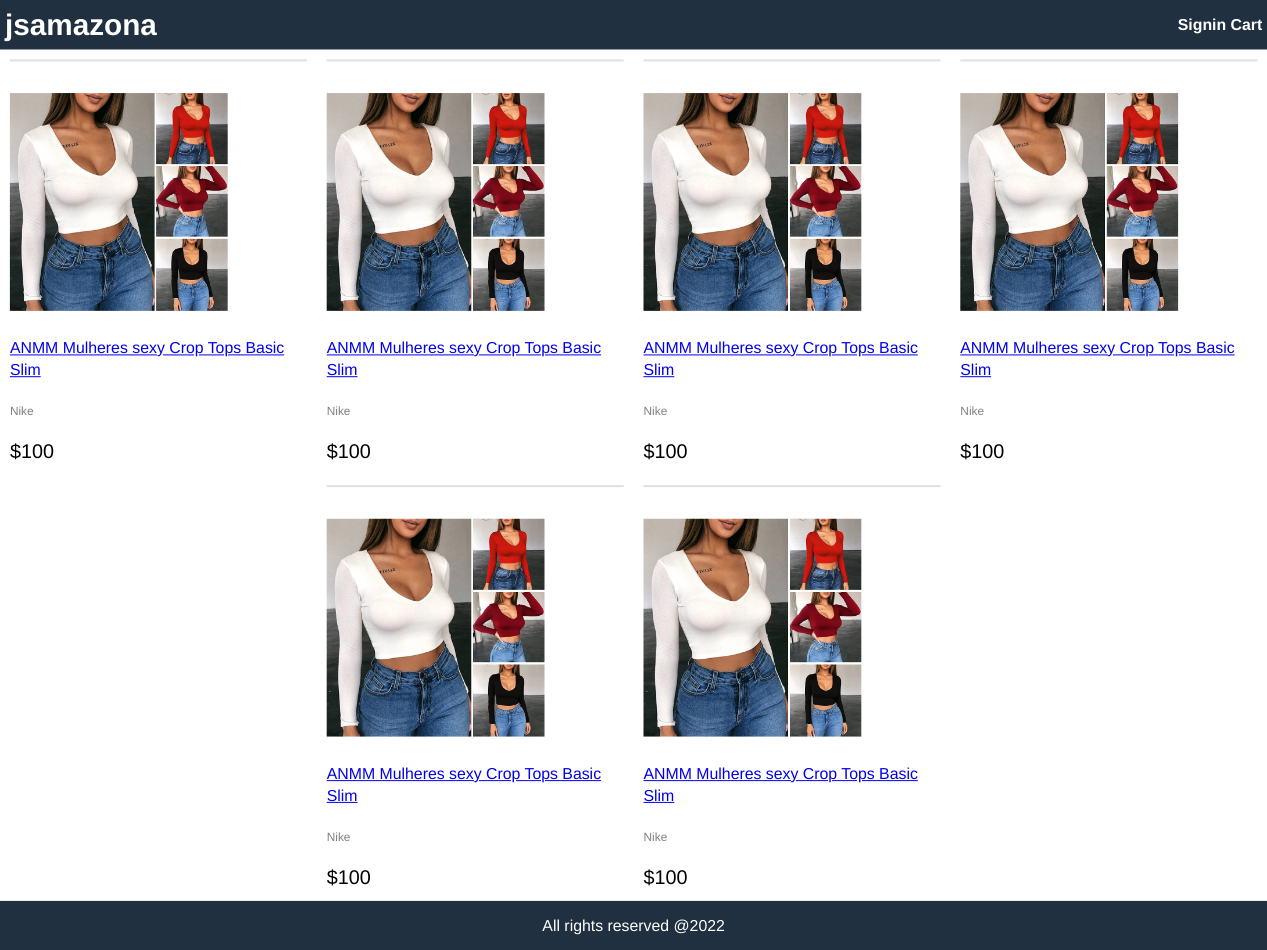
Repository: Mardoqueu/ecommerce-website
Page: jsamazona/frontend/src/index.html
These files come from the project's save history. The page is drawn as it stood at one moment and after the next save; the edit follows.
The browser window is 1280 px wide. The pictures show the whole page, at 99% of full size.

Above is the page before, as saved 2022-09-12 10:27:11.

After the next save:
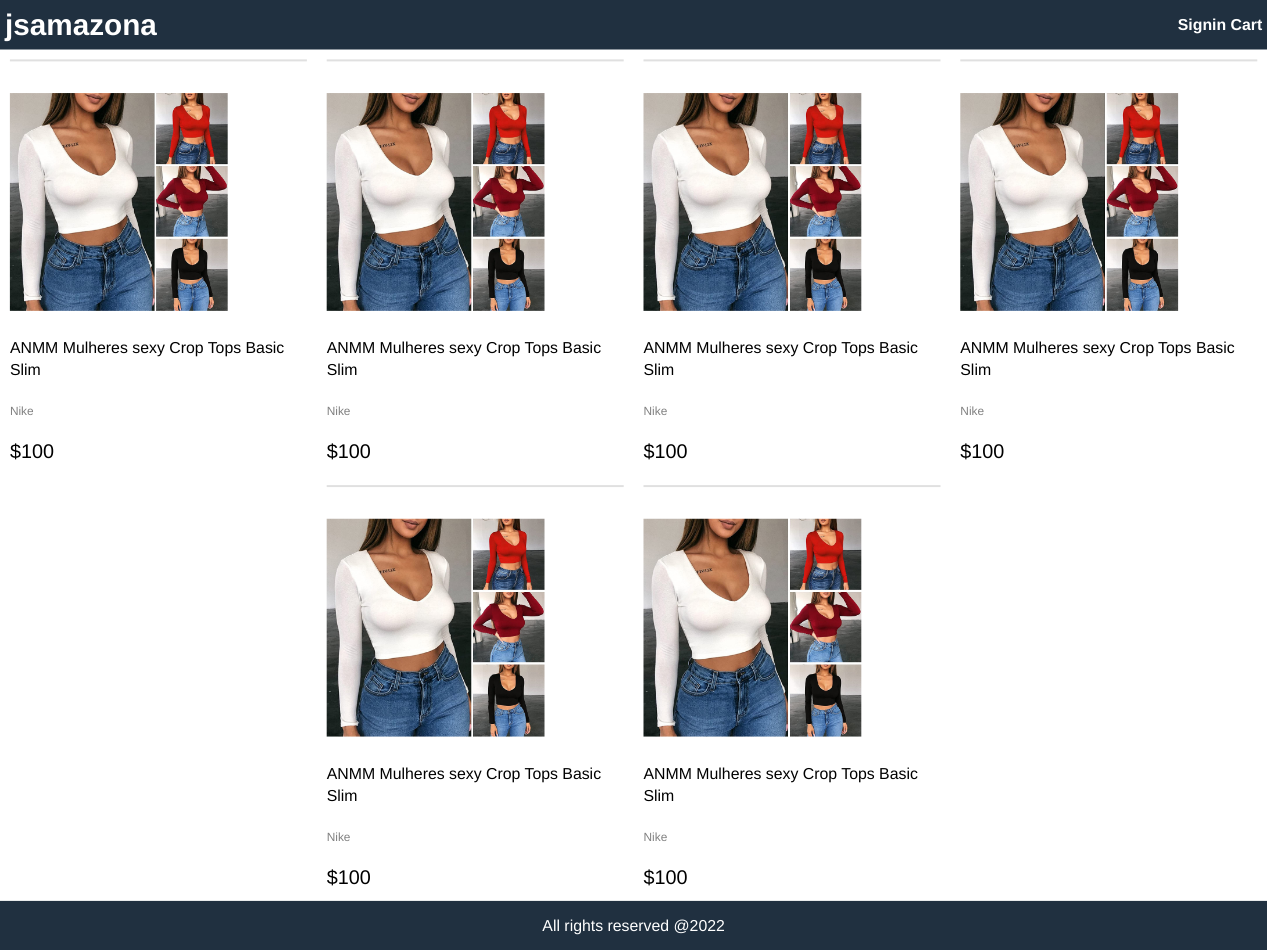
Saved 42 s later.
--- a/jsamazona/frontend/src/style.css
+++ b/jsamazona/frontend/src/style.css
@@ -8,6 +8,13 @@
     height: 100vh;
     font: 1.6rem Helvetica, Arial;
     margin: 0;
+  }
+  a {
+    color: #000000;
+    text-decoration: none;
+  }
+  a:hover {
+    color: #f08040;
   }
   .grid-container {
     display: grid;
